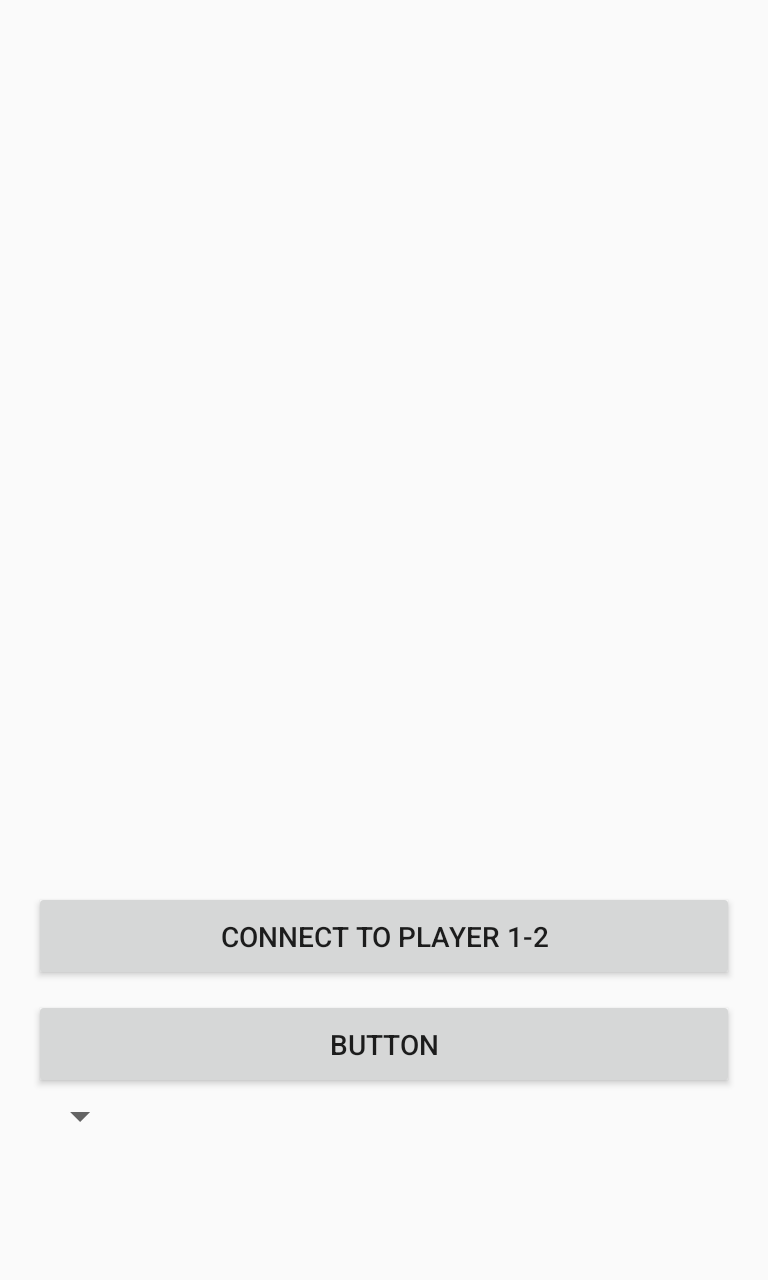
Repository: BananaGames/telecommProject
Layout: client/TelecommClient/res/layout/activity_main.xml
An editor plug-in stored every save of this project. The layout is shown before and after the next save, followed by the edit.
It is drawn on a 768 x 1280 px phone screen (xhdpi) without system bars, with theme AppTheme; the app's code is not run. Lists and similar views that code fills are empty.

Above is the layout before, as saved 2014-11-17 19:13:50.

### client/TelecommClient/res/layout/activity_main.xml
<RelativeLayout xmlns:android="http://schemas.android.com/apk/res/android"
    xmlns:tools="http://schemas.android.com/tools"
    android:layout_width="match_parent"
    android:layout_height="match_parent"
    android:paddingBottom="@dimen/activity_vertical_margin"
    android:paddingLeft="@dimen/activity_horizontal_margin"
    android:paddingRight="@dimen/activity_horizontal_margin"
    android:paddingTop="@dimen/activity_vertical_margin"
    tools:context="com.example.telecommclient.MainActivity" >

    <GridView
        android:id="@+id/gridView1"
        android:layout_width="match_parent"
        android:layout_height="wrap_content"
        android:layout_alignParentBottom="true"
        android:layout_centerHorizontal="true"
        android:layout_marginBottom="200dp"
        android:numColumns="3" >
    </GridView>

    <Button
        android:id="@+id/button1"
        android:layout_width="wrap_content"
        android:layout_height="wrap_content"
        android:layout_alignLeft="@+id/gridView1"
        android:layout_alignParentBottom="true"
        android:layout_alignRight="@+id/gridView1"
        android:layout_marginBottom="132dp"
        android:text="@string/connect_string" />

    <Button
        android:id="@+id/button2"
        android:layout_width="wrap_content"
        android:layout_height="wrap_content"
        android:layout_alignLeft="@+id/button1"
        android:layout_alignRight="@+id/button1"
        android:layout_alignTop="@+id/button1"
        android:layout_marginTop="54dp"
        android:text="Button" />

    <Spinner
        android:id="@+id/spinner1"
        android:layout_width="wrap_content"
        android:layout_height="wrap_content"
        android:layout_alignLeft="@+id/button2"
        android:layout_below="@+id/button2" />

</RelativeLayout>

### client/TelecommClient/res/values/strings.xml
<?xml version="1.0" encoding="utf-8"?>
<resources>

    <string name="app_name">TelecommClient</string>
    <string name="hello_world">Hello world!</string>
    <string name="action_settings">Settings</string>
    <string name="connect_string">Connect to Player 1-2</string>
	<string name="disconnect_string">Disconnect from Player 1-2</string>
</resources>

Loaded but not shown: client/TelecommClient/res/values/styles.xml (common file); client/TelecommClient/res/values-v11/styles.xml (common file); client/TelecommClient/res/values-v14/styles.xml (common file); client/TelecommClient/res/values/dimens.xml (common file); client/TelecommClient/res/values-w820dp/dimens.xml (common file)

After the next save:
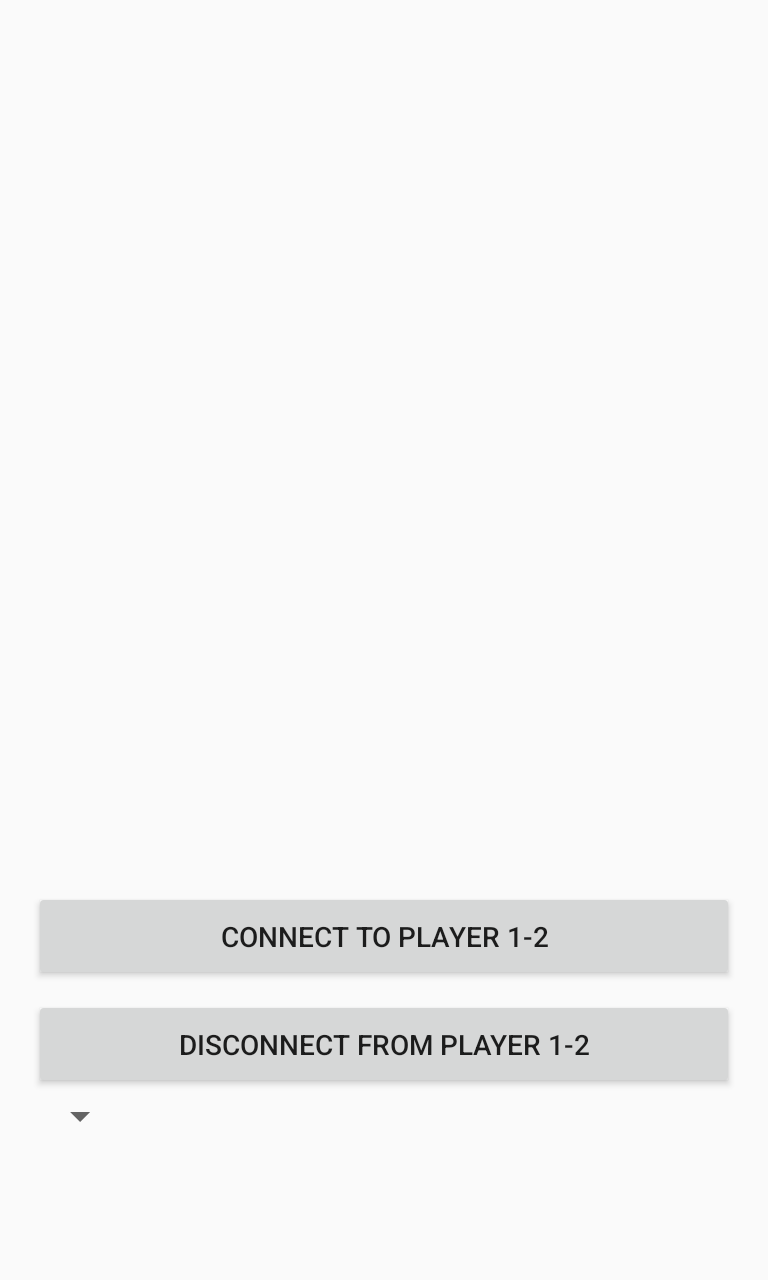
Saved 29 s later.
--- a/client/TelecommClient/res/layout/activity_main.xml
+++ b/client/TelecommClient/res/layout/activity_main.xml
@@ -36,7 +36,7 @@
         android:layout_alignRight="@+id/button1"
         android:layout_alignTop="@+id/button1"
         android:layout_marginTop="54dp"
-        android:text="Button" />
+        android:text="@string/disconnect_string" />
 
     <Spinner
         android:id="@+id/spinner1"
